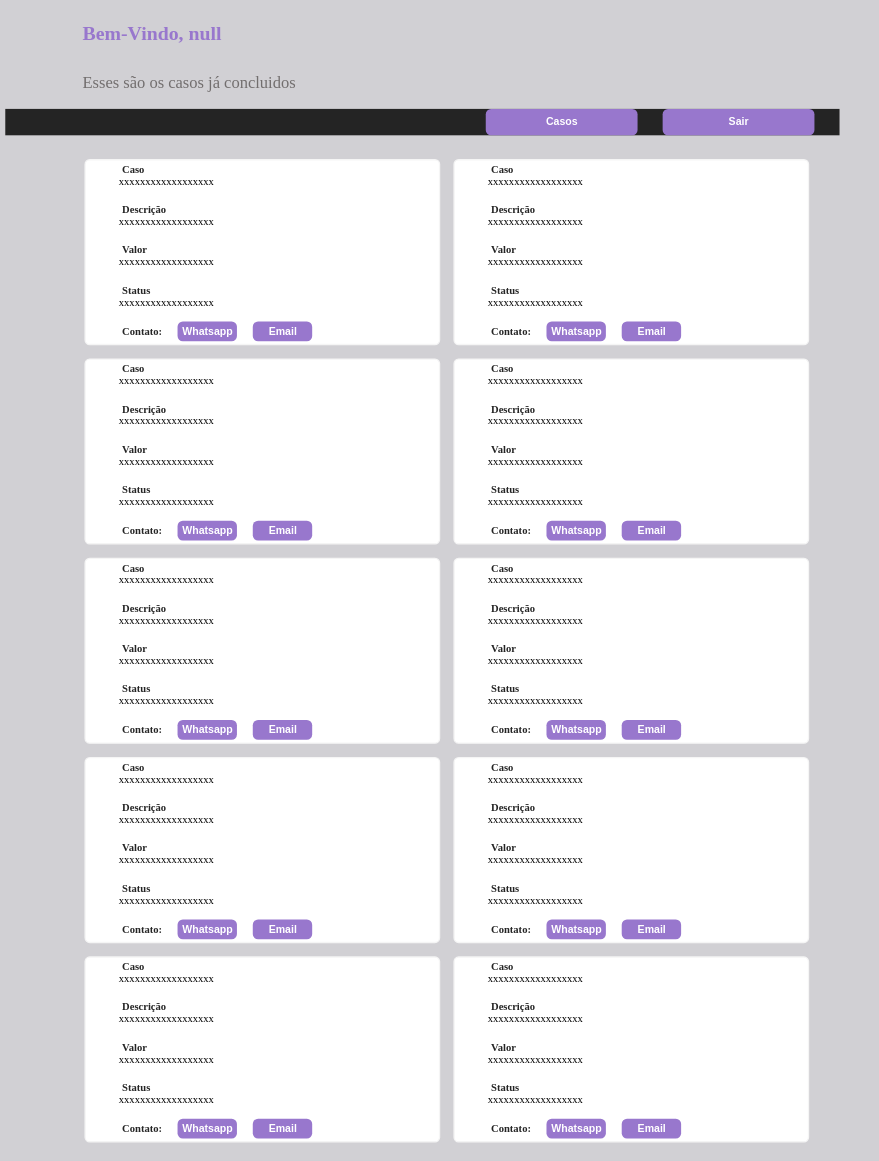
Repository: Dirlandia404/Casos
Page: frontend/public/pages/casosConcluidos.html
The author's editor kept a copy of each file at every save. The page is drawn from the files as they stood at one save, then again after the next save.
The browser window is 1280 px wide. The page is 1332 px wide, so the pictures cover 1332 px, including what lies to the right of the window. The pictures show the whole page, at 66% of full size.
The page's requests for data from a server got no answer. Some web libraries are served in a nearby version.

Above is the page before, as saved 2021-07-29 13:00:04.

After the next save:
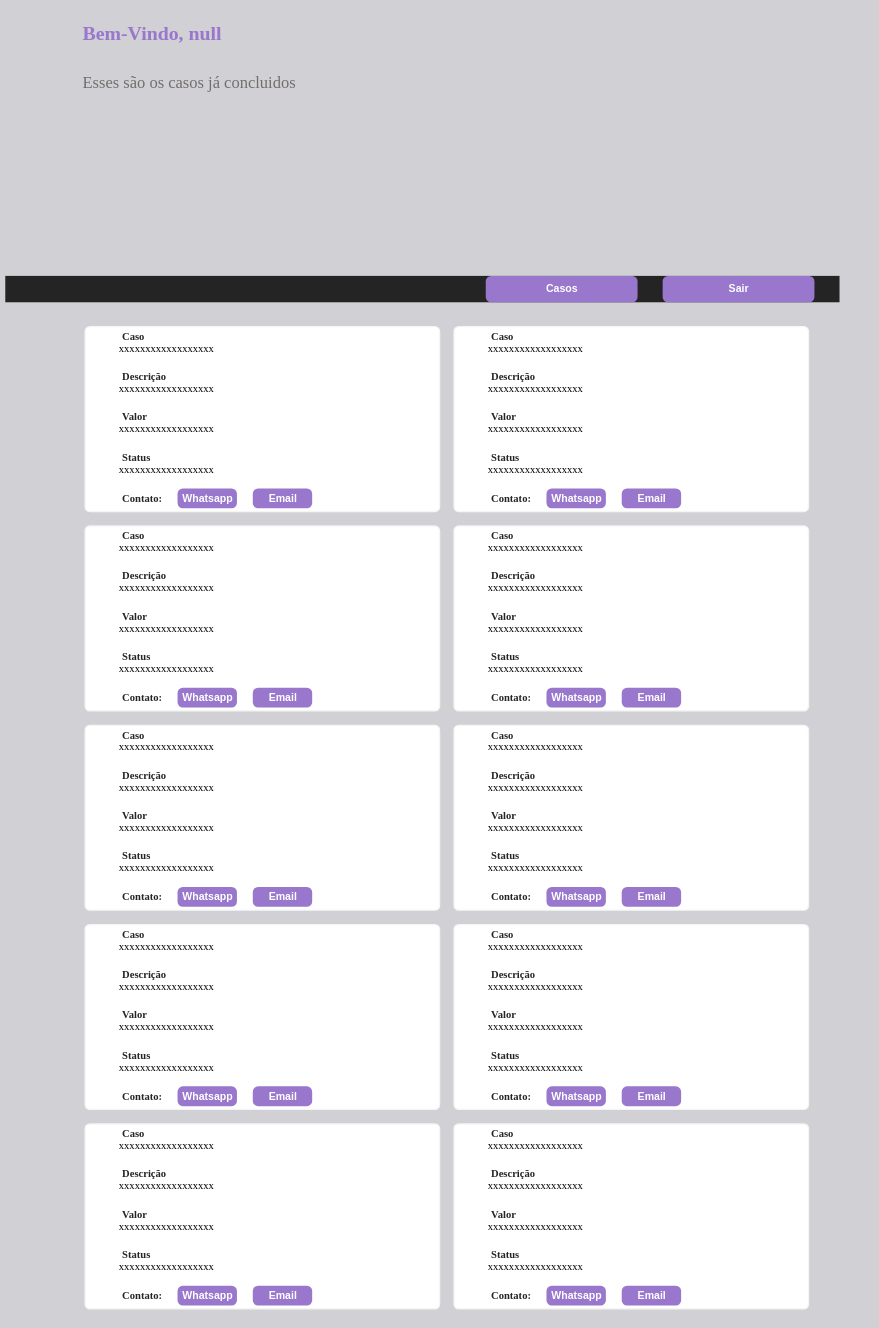
Saved 36 s later.
--- a/frontend/public/pages/src/style/casosConcluidos.css
+++ b/frontend/public/pages/src/style/casosConcluidos.css
@@ -20,7 +20,8 @@ p{
     color: #726e6e;
 }
 #header-2{
-   display: inline-block;
+    margin-top: 20%;
+    display: inline-block;
     width: 100%;
 
     background-color: #242424;
